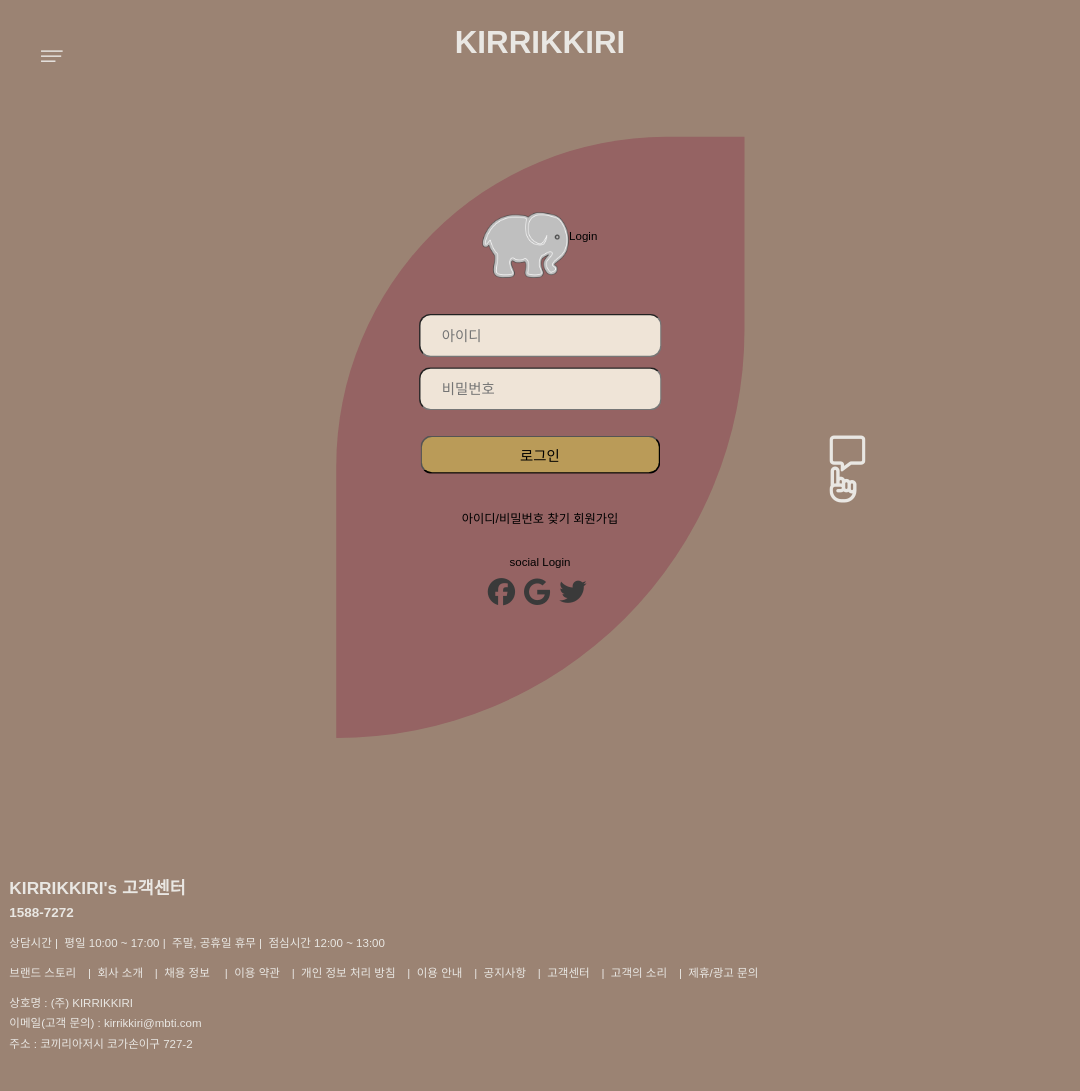
Repository: roditee/backend_mini_project
Page: http://localhost/spring_boot_backend_mini_project/WEB-INF/views/login.jsp
These files come from the project's save history. The page is drawn as it stood at one moment and after the next save; the edit follows.
The browser window is 1280 px wide. The page is 1500 px wide, so the pictures cover 1500 px, including what lies to the right of the window. The pictures show the whole page, at 72% of full size.
Some web libraries are served in a nearby version. The page is served by Tomcat 9. Nobody is signed in. The template is opened directly, without the code that normally fills it, so the values that code supplies are empty.

Above is the page before, as saved 2022-01-18 13:58:48.

After the next save:
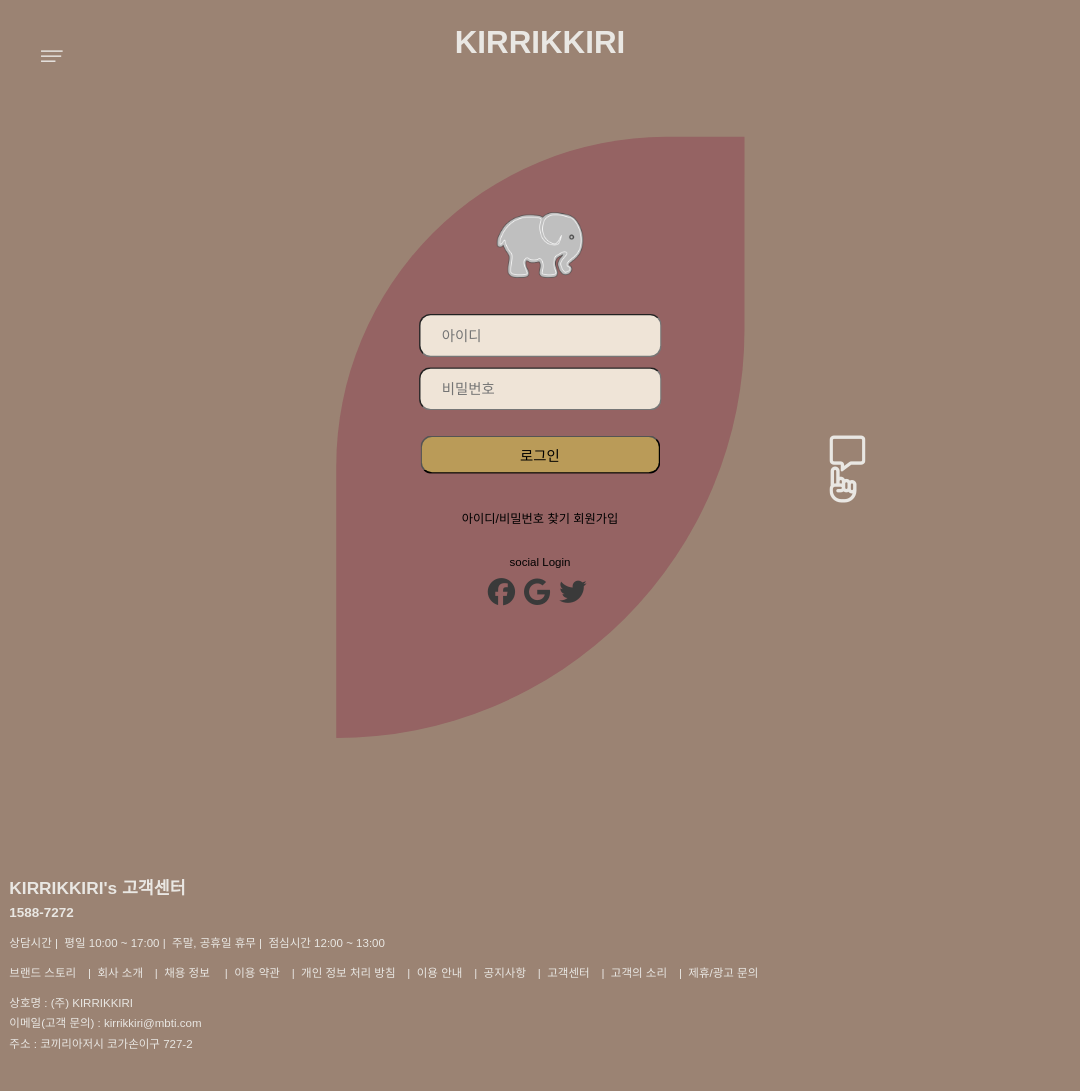
Saved 15 min 54 s later.
--- a/spring_boot_backend_mini_project/src/main/webapp/WEB-INF/views/login.jsp
+++ b/spring_boot_backend_mini_project/src/main/webapp/WEB-INF/views/login.jsp
@@ -21,7 +21,7 @@
 
         <section id="login">
             <div id="loginHeader">
-                <img id="loginLogoImg" src="./image/KIRRI.png"><span id="loginLogoText">Login</span>
+                <img id="loginLogoImg" src="./image/KIRRI.png">
             </div>
             <form id="loginForm">
                 <p id="loginError"></p>
